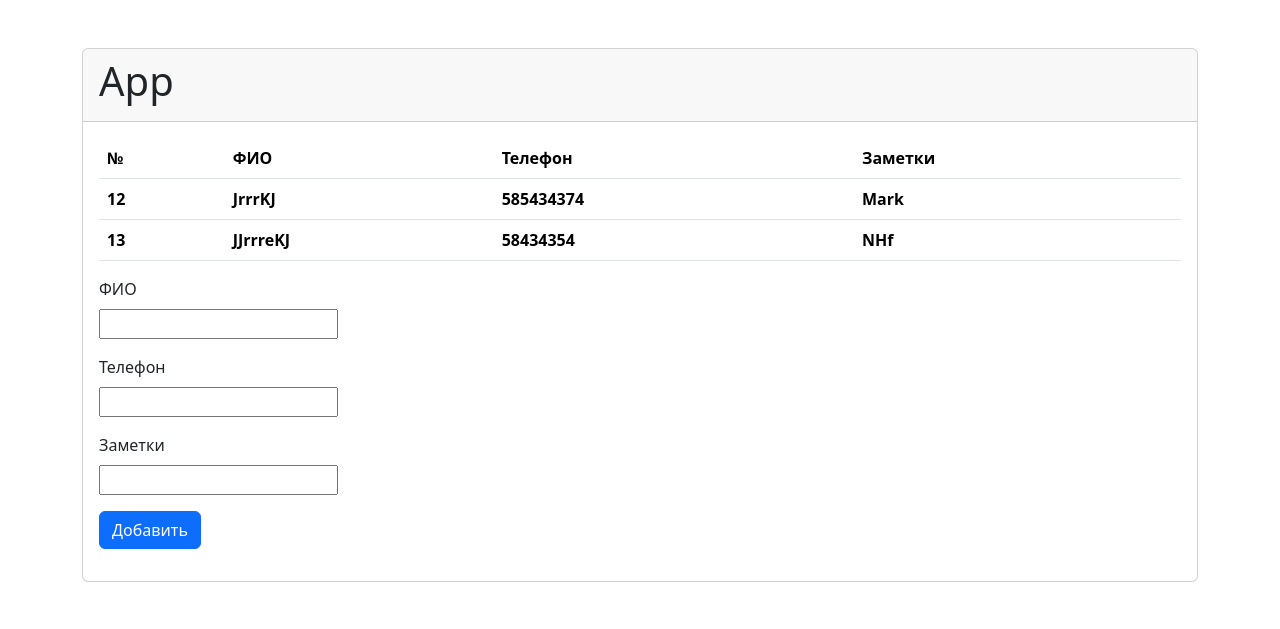
Repository: tatacheba/appstepikjavareact
Page: / (app in client/)
The author's editor kept a copy of each file at every save. The page is drawn from the files as they stood at one save, then again after the next save.
The browser window is 1280 px wide. The pictures show the whole page.
The project was rebuilt for these pictures with package versions that can differ from the ones it lists, and the page was loaded fresh each time. Also part of the build but not shown: client/src/App.css.

Above is the page before, as saved 2024-11-27 14:46:19.

After the next save:
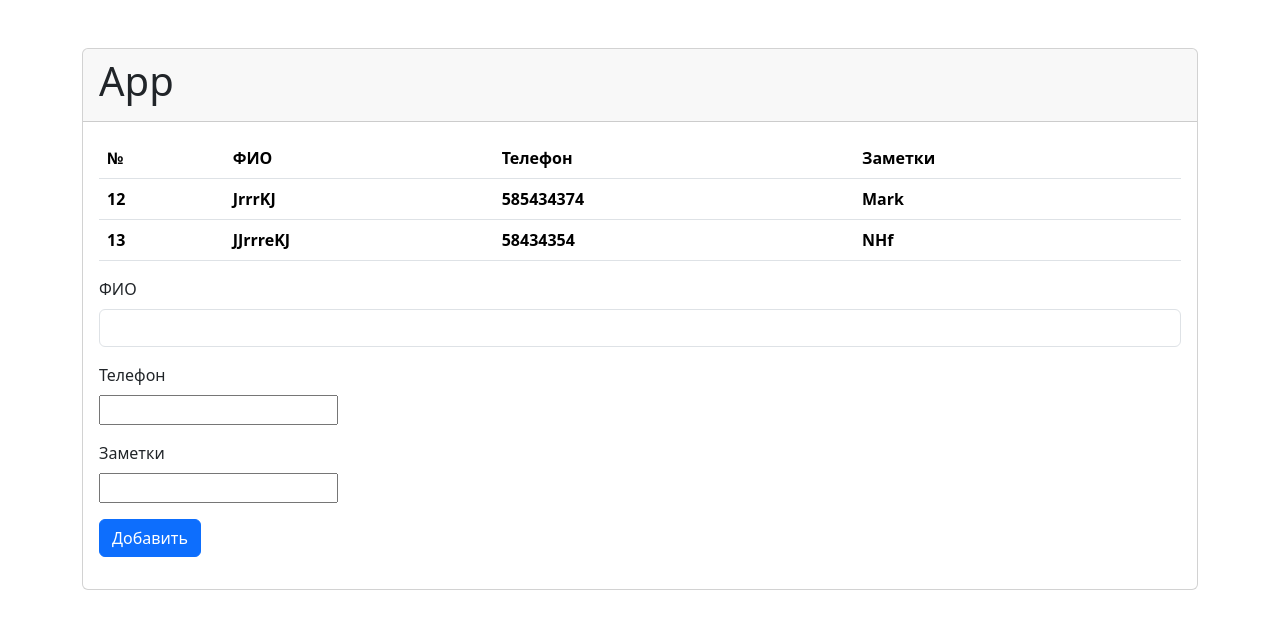
Saved 53 s later.
--- a/client/src/layouts/formNewItem/FormNewItem.js
+++ b/client/src/layouts/formNewItem/FormNewItem.js
@@ -6,7 +6,7 @@ function FormNewItem(props) {
             <form>
                 <label className="form-label">ФИО</label>
                 <div className="mb-3 ">
-                    <input type="text" />
+                    <input type="text" className="form-control" />
                 </div>
                 <label className="form-label">Телефон</label>
                 <div className="mb-3">
